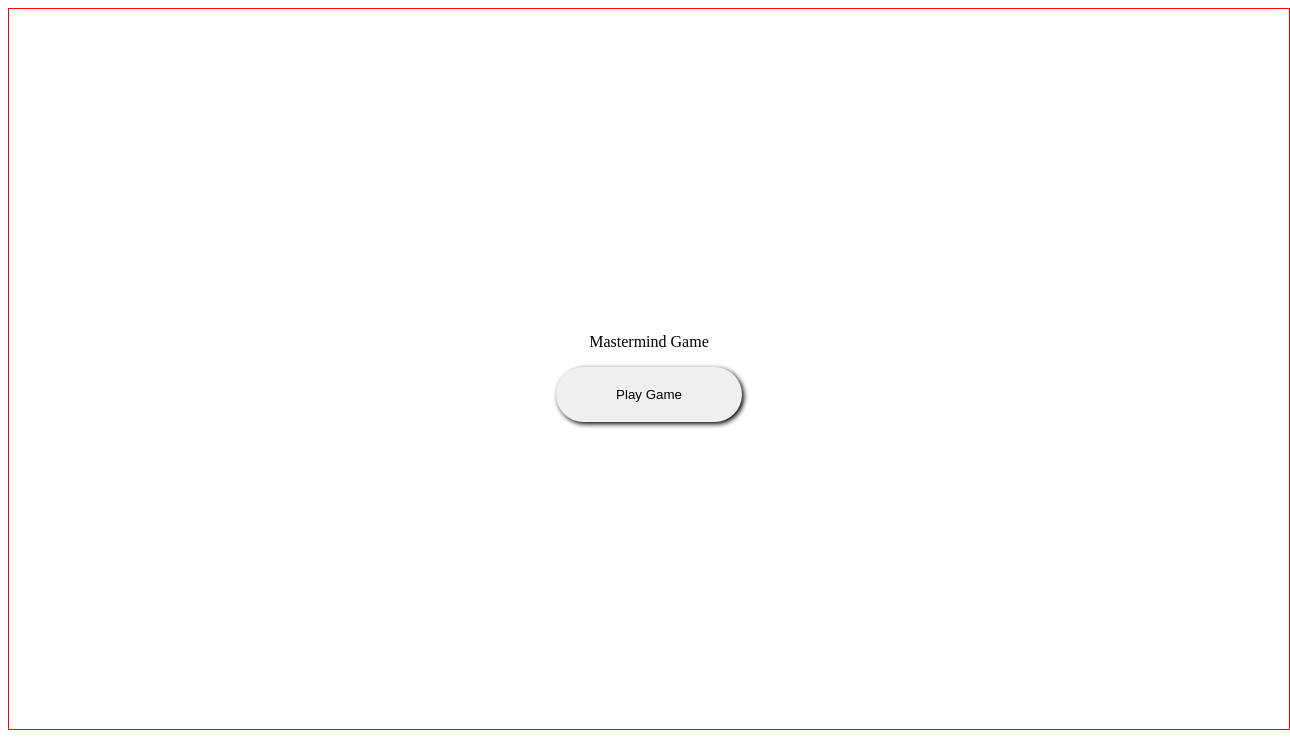
Repository: programmer686/Mastermind-with-Next.js
Page: /
The author's editor kept a copy of each file at every save. The page is drawn from the files as they stood at one save, then again after the next save.
The browser window is 1280 px wide. The page is 1290 px wide, then 1281 px, so the pictures cover 1290 px, including what lies to the right of the window. The pictures show the whole page.
The project was rebuilt for these pictures with package versions that can differ from the ones it lists, and the page was loaded fresh each time. The framework's server and built-in components were replaced by stand-ins that run in the browser. Also part of the build but not shown: next.config.js, src/styles/globals.css.

Above is the page before, as saved 2023-07-15 18:48:09.

### src/pages/index.js
import Head from 'next/head'
import Image from 'next/image'
import { Inter } from 'next/font/google'
import styles from '@/styles/Home.module.css'
import StartScreen from '@/comps/StartScreen'
const inter = Inter({ subsets: ['latin'] })

export default function Home() {
  return (
    <>
      <Head>
        <title>Create Next App</title>
        <meta name="description" content="Generated by create next app" />
        <meta name="viewport" content="width=device-width, initial-scale=1" />
        <link rel="icon" href="/favicon.ico" />
      </Head>
     <main className={styles.index__body}>
        <StartScreen/>
     </main>
    </>
  )
}

### src/styles/Home.module.css
.index__body {
  width: 100vw;
  height: 100vh;
  border: 1px solid red;
}

### src/comps/StartScreen.js
import styles from '@/styles/StartScreen.module.css'

export default function StartScreen() {
    return (
        <main className={styles.startscreen__body}>
            <p className={styles.startscreen__game_name}>Mastermind Game</p>
            <button className={styles.startscreen__play_button}>Play Game</button>
        </main>
    )
}

### src/styles/StartScreen.module.css
.startscreen__body {
    width: 100vw;
    height: 100vh;
    display: flex;
    flex-direction: column;
    align-items: center;
    justify-content: center;
}

.startscreen__play_button {
    max-width: 300px;
    padding: 20px 60px;
    border: none;
    border-radius: 40px;
    box-shadow: 2px 2px 5px black;

}

Loaded but not shown: src/pages/_app.js (common file); src/pages/_document.js (common file)

After the next save:
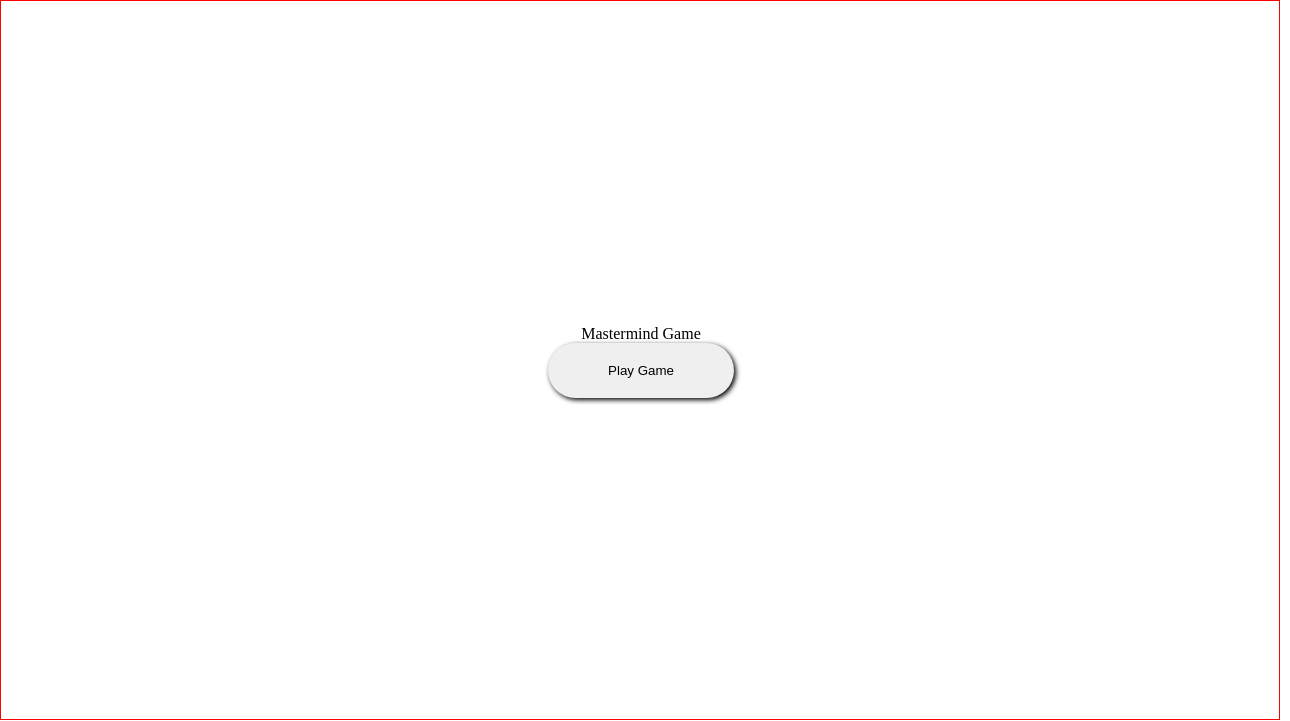
Saved 72 s later.
--- a/src/styles/Home.module.css
+++ b/src/styles/Home.module.css
@@ -1,3 +1,9 @@
+* {
+  margin: 0;
+  padding: 0;
+  box-sizing: border-box;
+}
+
 .index__body {
   width: 100vw;
   height: 100vh;
